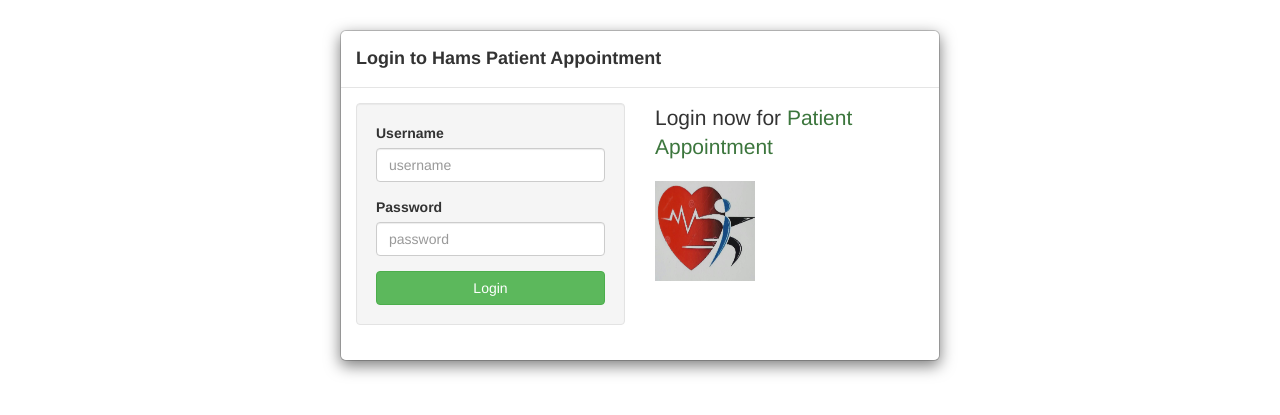
Repository: shiveshk/PullData
Page: http://localhost/Hams/
These files come from the project's save history. The page is drawn as it stood at one moment and after the next save; the edit follows.
The browser window is 1280 px wide. The pictures show the whole page.
The page is served by Tomcat 9. Nobody is signed in. The application's start-up code is not run.

Above is the page before, as saved 2015-11-05 06:41:12.
Console error (its wording comes from the project's code and is left out).

After the next save:
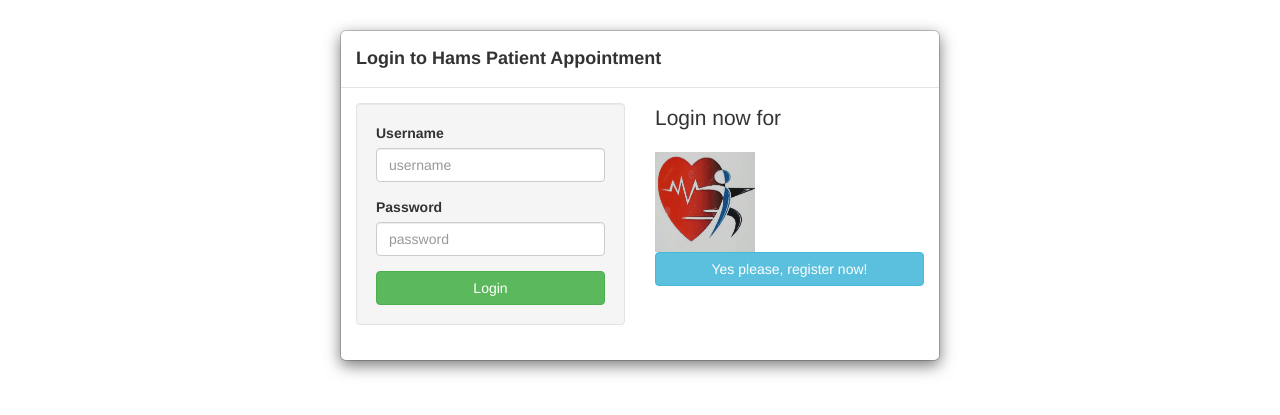
Saved 16 s later.
--- a/Hams/WebContent/index.jsp
+++ b/Hams/WebContent/index.jsp
@@ -54,10 +54,9 @@
                   </div>
 
                   <div class="col-xs-6">
-                      <p class="lead">Login now for <span class="text-success">Patient Appointment</span></p>
-
+                      <p class="lead">Login now for <span class="text-success"></span></p>
                       <img src = "images/HAMSLogo.jpg" alt="hamslogo" />
-
+                      <p><a href="/new-customer/" class="btn btn-info btn-block">Yes please, register now!</a></p>
                   </div>
                   </div>
 

After the save that followed:
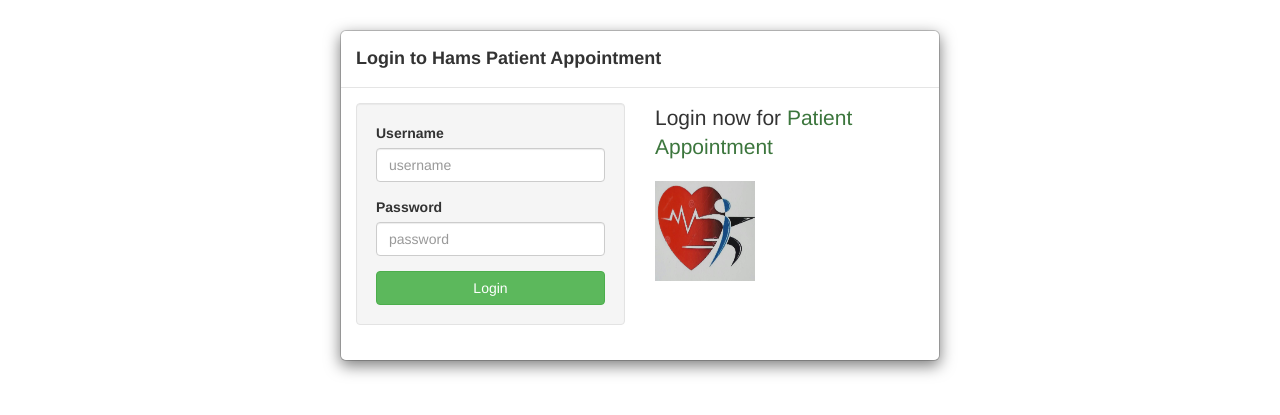
Saved 25 s later.
--- a/Hams/WebContent/index.jsp
+++ b/Hams/WebContent/index.jsp
@@ -54,9 +54,10 @@
                   </div>
 
                   <div class="col-xs-6">
-                      <p class="lead">Login now for <span class="text-success"></span></p>
+                      <p class="lead">Login now for <span class="text-success">Patient Appointment</span></p>
+
                       <img src = "images/HAMSLogo.jpg" alt="hamslogo" />
-                      <p><a href="/new-customer/" class="btn btn-info btn-block">Yes please, register now!</a></p>
+
                   </div>
                   </div>
 
